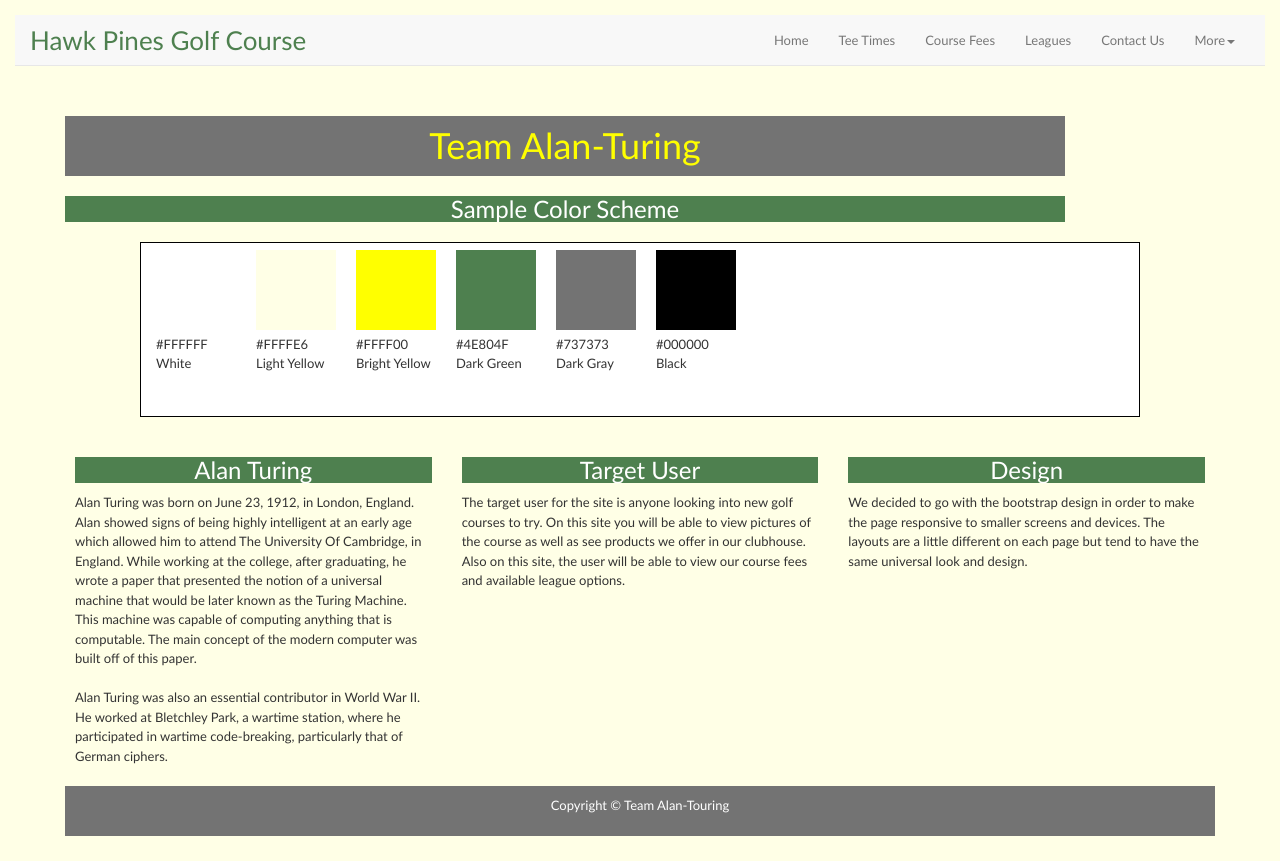
Repository: alia20/Golfcourse
Page: readMe.html
The author's editor kept a record of every edit. The page is drawn from the files as they stood at one moment, then again after the next edit.
The browser window is 1280 px wide. The pictures show the whole page.

Above is the page before.

After the next edit:
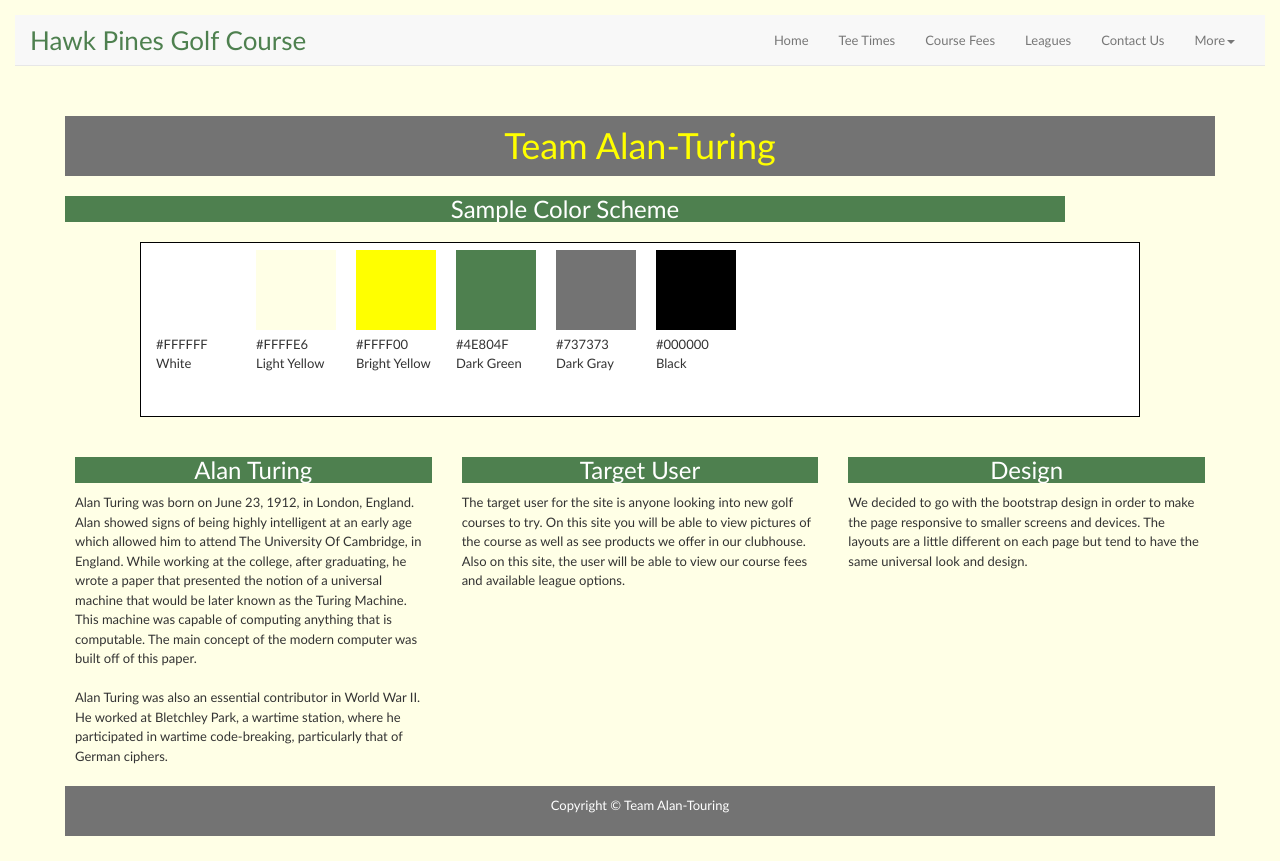
The edit:
--- a/project.css
+++ b/project.css
@@ -25,7 +25,7 @@
 background:           #737373;
 color:                #ffff00;
 margin:               10px,10px;
-max-width:            1000px;
+max-width:            1500px;
 padding:              10px;
 text-align:           center;
 
